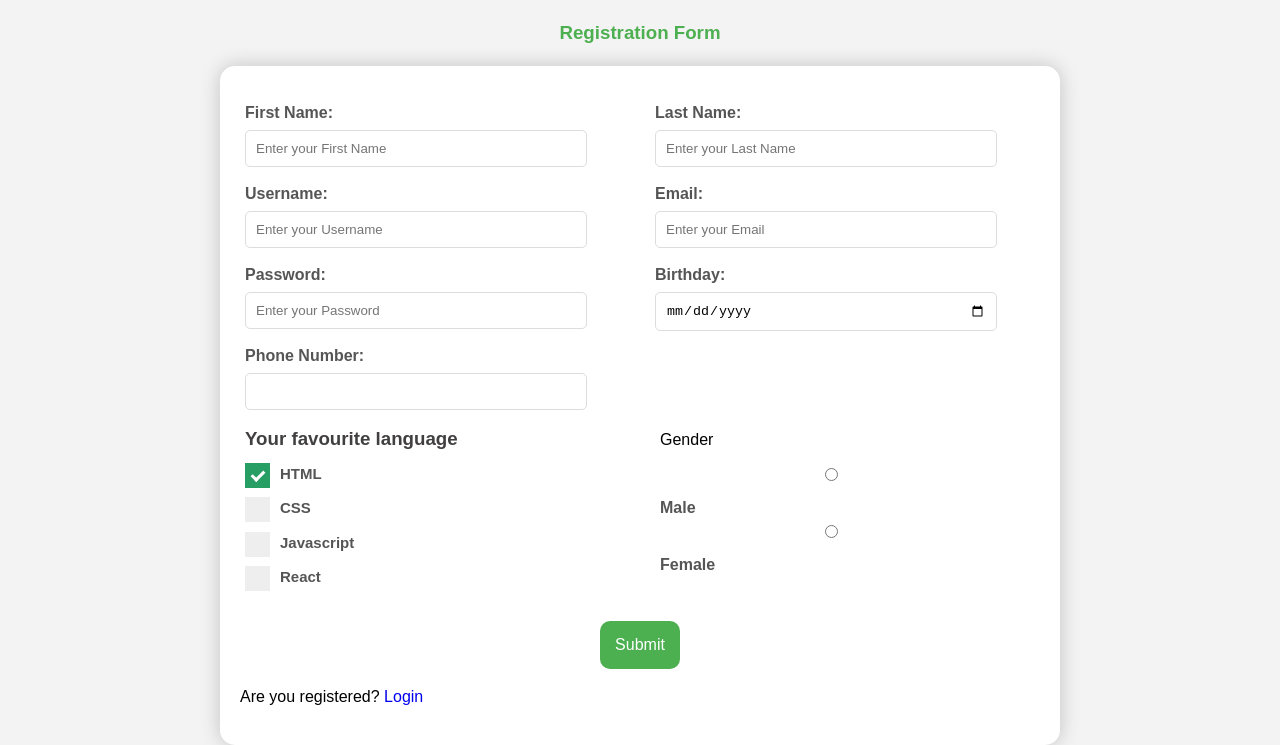
Repository: alizey12/Regestratin-Form-js
Page: regester.html
An editor plug-in stored every save of this project. The page is shown before and after the next save, followed by the edit.
The browser window is 1280 px wide. The pictures show the whole page.

Above is the page before, as saved 2024-11-29 18:56:10.

After the next save:
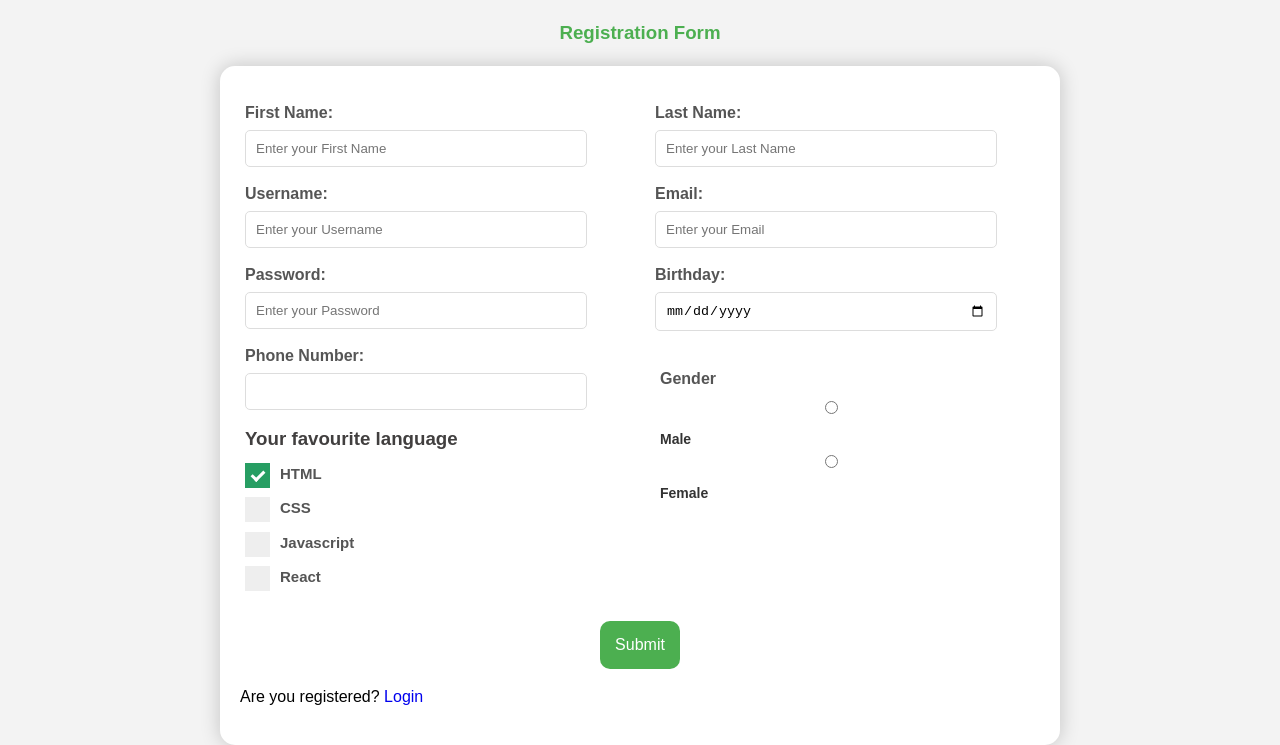
Saved 12 s later.
--- a/regester.css
+++ b/regester.css
@@ -145,3 +145,22 @@ button {
     -ms-transform: rotate(45deg);
     transform: rotate(45deg);
   }
+  .gen-rad {
+    margin-top: 15px;
+}
+
+.gen-rad p {
+    margin-bottom: 10px;
+    font-weight: bold;
+    color: #555;
+}
+
+.gen-rad input[type="radio"] {
+    margin-right: 5px;
+}
+
+.gen-rad label {
+    margin-right: 15px;
+    font-size: 14px;
+    color: #333;
+}
